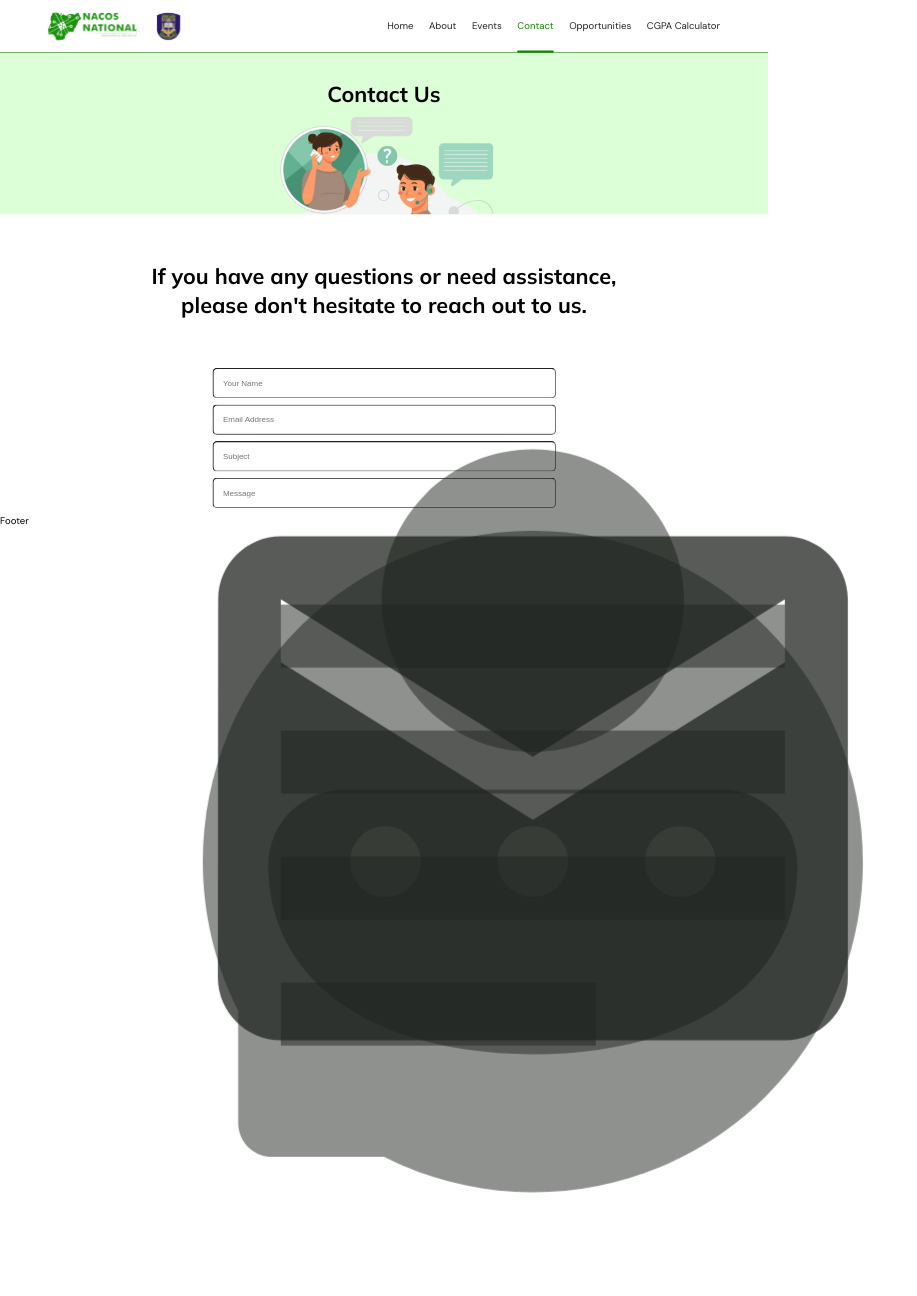
Repository: nacossuil/Uil-Nacos-Web
Page: /contact (app in frontend/)
These files come from the project's save history. The page is drawn as it stood at one moment and after the next save; the edit follows.
The browser window is 1280 px wide. The page is 1528 px wide, so the pictures cover 1528 px, including what lies to the right of the window. The pictures show the whole page, at 60% of full size.
The project was rebuilt for these pictures with package versions that can differ from the ones it lists, and the page was loaded fresh each time. Also part of the build but not shown: frontend/vite.config.js, frontend/src/components/Home/About/About.jsx, frontend/src/components/Home/Hero/Hero.jsx, frontend/src/pages/Home/HomePage.jsx, frontend/src/pages/About/AboutPage.jsx, frontend/src/pages/Events/EventsPage.jsx, frontend/src/pages/Opportunities/tempData.js, frontend/src/pages/Opportunities/OpportunitiesPage.jsx and 1 more.

Above is the page before, as saved 2023-11-15 11:03:49.

### frontend/index.html
<!doctype html>
<html lang="en">

<head>
  <meta charset="UTF-8" />
  <link rel="icon" type="image/svg+xml" href="./src/assets/nacos-logo.svg" />
  <meta name="viewport" content="width=device-width, initial-scale=1.0" />
  <title>NACOS</title>
</head>

<body>
  <div id="root"></div>
  <script type="module" src="/src/main.jsx"></script>
</body>

</html>

### frontend/src/App.jsx
import { useState } from "react";
import "./App.css";
import Navbar from "./components/Navbar/Navbar";
import { Routes, Route } from "react-router-dom";
import HomePage from "./pages/Home/HomePage";
import ContactPage from "./pages/Contact/ContactPage";
import Footer from "./components/Footer/Footer";
import AboutPage from "./pages/About/AboutPage";
import EventsPage from "./pages/Events/EventsPage";
import OpportunitiesPage from "./pages/Opportunities/OpportunitiesPage";
import CgpaCalculatorPage from "./pages/CgpaCalculator/CgpaCalculatorPage";
import ScrollToTop from "./assets/up-arrow-icon.svg?react";
function App() {
  const [scrollToTopVisible, setScrollToTopVisible] = useState(false);

  const toggleVisible = () => {
    const scrolled = document.documentElement.scrollTop;
    if (scrolled > 300) {
      setScrollToTopVisible(true);
    } else if (scrolled <= 300) {
      setScrollToTopVisible(false);
    }
  };

  const scrollToTop = () => {
    window.scrollTo({
      top: 0,
      behavior: "smooth",
    });
  };
  window.addEventListener("scroll", toggleVisible);
  return (
    <main>
      <Navbar />
      <Routes>
        <Route path="/" element={<HomePage />} />
        <Route path="/about" element={<AboutPage />} />
        <Route path="/events" element={<EventsPage />} />
        <Route path="/contact" element={<ContactPage />} />
        <Route path="/opportunities" element={<OpportunitiesPage />} />
        <Route path="/cgpa-calculator" element={<CgpaCalculatorPage />} />
      </Routes>
      <Footer />
      {scrollToTopVisible ? (
        <div
          className="scroll-to-top-icon"
          onClick={() => {
            scrollToTop();
          }}
        >
          <ScrollToTop />
        </div>
      ) : null}
    </main>
  );
}

export default App;

### frontend/src/index.css
@import url('https://fonts.googleapis.com/css2?family=DM+Sans:opsz,wght@9..40,300;9..40,400;9..40,500;9..40,600;9..40,700&family=Mulish:wght@200;300;400;500;600;700&display=swap');
:root {
    font-size: 16px;
}

* {
    box-sizing: border-box;
    margin: 0;
    padding: 0;
}

body {
    margin: 0;
}

.flexCenter {
    display: flex;
    flex-wrap: wrap;
    justify-content: center;
    align-items: center;
    text-align: center;
}

.textBig {
    font-size: 36px;
    font-weight: 700;
    line-height: 48px;
}

### frontend/src/App.css
@import url('https://fonts.googleapis.com/css2?family=DM+Sans&display=swap');

body {
  font-family: 'DM Sans', sans-serif;
}

main {
  position: relative;
  min-height: 300vh;
}

.scroll-to-top-icon {
  position: fixed;
  bottom: 16.1875rem;
  right: 6.25rem;
}

### frontend/src/components/Navbar/Navbar.jsx
import { useState } from "react";
import "./Navbar.css";
import { NavLink, Link } from "react-router-dom";

const Navbar = () => {
  // An array which contains link objects.
  // This makes it easier to add/remove links without having to tamper with existing markup
  const links = [
    {
      title: "Home",
      path: "/",
    },
    {
      title: "About",
      path: "/about",
    },
    {
      title: "Events",
      path: "/events",
    },
    {
      title: "Contact",
      path: "/contact",
    },
    {
      title: "Opportunities",
      path: "/Opportunities",
    },
    {
      title: "CGPA Calculator",
      path: "/calculator",
    },
  ];
  //state to keep track of the scroll position.
  const [scrolled, setScrolled] = useState(false);

  // function to toggle state when scrolled
  const toggle = () => {
    if (window.scrollY > 40) {
      setScrolled(true);
    } else {
      setScrolled(false);
    }
  };
  window.addEventListener("scroll", toggle);

  return (
    <header className={scrolled ? "scrolled" : ""}>
      <Link to={"/"}>
        <div>
          <img src="/src/assets/nacos-logo.svg" alt="" />
          <img src="/src/assets/unilorin-logo.svg" alt="" />
        </div>
      </Link>
      <nav>
        {/* Mapping over the links array and generating individual links
        The key for each link is it's title  */}
        {links.map((link) => (
          <NavLink to={link.path} key={link.title} end>
            {link.title}
          </NavLink>
        ))}
      </nav>
    </header>
  );
};

export default Navbar;

### frontend/src/pages/Contact/ContactPage.jsx
import './ContactPage.css'
import Img from '../../assets/customer-support.png'
import Person from '../../assets/fluent_person-20-filled.svg'
import Email from '../../assets/email-icon.svg'
import Ic from '../../assets/ic_outline-subject.svg'
import AntDesign from '../../assets/ant-design_message-filled.svg'

const ContactPage = () => {
  return (
    <section className="c-wrapper">
      <div className="flexCenter c-container">
        <div className="flexCenter first">
          <div className="c-heading">
            <h1 className="textBig">Contact Us</h1>
          </div>
          <div className="image-container">
            <img src={Img} alt="bgImg" />
          </div>
        </div>
        <div className="second">
          <div className="textBig s-text">
            If you have any questions or need assistance, please {`don't`}{' '}
            hesitate to reach out to us.
          </div>
          <form className="form">
            <img src={Person} alt="person" className="icon" />
            <input type="text" placeholder="Your Name" />
            <img src={Email} alt="person" className="icon" />
            <input type="text" placeholder="Email Address" />
            <img src={Ic} alt="person" className="icon" />
            <input type="text" placeholder="Subject" />
            <img src={AntDesign} alt="" className="icon" />
            <input type="text" placeholder="Message" />
          </form>
        </div>
      </div>
    </section>
  )
}

export default ContactPage

### frontend/src/components/Footer/Footer.jsx
const Footer = () => {
  return (
    <footer>Footer</footer>
  )
}

export default Footer

### frontend/src/components/Navbar/Navbar.css
/* Making minimal use of classes to avoid class colision issues and specificity problems */

header {
    height: 5.5rem;
    width: 100%;
    display: flex;
    justify-content: space-between;
    align-items: center;
    font-family: 'DM Sans', sans-serif;
    font-size: 1rem;
    padding-inline: 5rem;
    border-bottom: solid 1px #138601;
    position: sticky;
    top: 0;
    transition: background .3s;
}

nav {
    display: flex;
    gap: 1.625rem;
    /*gap provided in the desing*/

}

nav a {
    color: #212521;
    text-decoration: none;
    position: relative;
}

header div {
    display: flex;
    gap: 2rem;
}

nav a.active {
    color: #138601;
}

/* using the after pseudo-class to create horizontal bars beneath active links */
nav a.active::after {
    content: '';
    position: absolute;
    bottom: -2.125rem;
    left: 0;
    background-color: #138601;
    width: 100%;
    height: 0.25rem;
    border-radius: 0.375rem;
}

/* utility class to change background of navigation on scroll */
header.scrolled {
    background-color: #FFFFFF;
}

### frontend/src/pages/Contact/ContactPage.css
.c-wrapper {
    position: relative;
    font-family: 'Mulish', sans-serif;
}


/* first div */

.c-container .first {
    background: #dcffd7;
    width: 100%;
}

.first .c-heading {
    width: 100%;
}

.first .c-heading>h1 {
    text-align: center;
    margin: 2.8rem auto 0;
}


/* second div  */

.second {
    margin-top: 5rem;
}

.second>.s-text {
    width: 49rem;
    margin-bottom: 5rem;
}

.second input {
    display: block;
    margin: 10px auto;
    width: 573px;
    padding: 1rem;
    border-radius: 8px;
}


/* form  */

.form>img {
    position: absolute;
}

.icon {
    padding: 10px;
}

### frontend/src/pages/Opportunities/Opportunitiespage.css
.opportunities {
  /*###### CUSTOM VARIABLES ######*/
  --color-primary-tint: hsla(112, 99%, 92%);
  --color-primary-shade: hsl(112, 99%, 26%);
  --text-color: hsla(120, 6%, 14%, 1);
  --text-color-light: hsla(108, 10%, 10%, 0.8);

  --font-family: "DM Sans", sans-serif;

  --fs-heading-lg: 2.5rem;
  --fs-heading-md: 2.25rem;
  --fs-heading-sm: 1.25rem;
  --fs-text-md: 1rem;
  --fs-text-lg: 1.75rem;
  --fs-text-sm: 0.875rem;
  --fs-text-x-sm: 0.75rem;

  --line-height-text: 1.6;
  --btn-radius: 2.8vw;
  --card-radius: 17px;
  --custom-box-shadow: 0 6px 8px 0 hsla(0, 0%, 0%, 0.15);

  /* GlOBAL STYLINGS */
  font-family: var(--font-family);
}

/*###### GLOBAL RESETS ######*/
* {
  box-sizing: border-box;
  margin: 0;
  padding: 0;
}

.opportunities > * {
  font-family: inherit;
}

img {
  /* Making images responsive */
  display: block;
  width: 100%;
}

/*###### RE-USABLE CLASSES ######*/
.container {
  /* max-width: Ideal width not decided yet */
  width: 85%;
  margin-inline: auto;
}

.justify-flex {
  display: flex;
  justify-content: space-between;
  align-items: center;
}

.heading-lg {
  font-size: var(--fs-heading-lg);
  font-weight: 600;
  margin-bottom: 2rem;
}

.heading-md {
  font-family: "Mulish", var(--font-family), sans-serif;
  font-size: var(--fs-heading-md);
  font-weight: 600;
  margin-bottom: 5rem;
}

.heading-sm {
  font-family: "Mulish", var(--font-family), sans-serif;
  font-size: var(--fs-heading-sm);
  margin-bottom: 0.75rem;
}

.text-md {
  font-size: var(--fs-text-md);
  font-weight: 500;
  line-height: var(--line-height-text);
  margin-bottom: 2rem;
}

.text-sm {
  font-size: var(--fs-text-sm);
  font-weight: 400;
  margin-bottom: 1rem;
}

.text-x-sm {
  font-size: var(--fs-text-x-sm);
}

.btn {
  display: inline-block;
  font-weight: 500;
  text-decoration: none;
  color: var(--color-primary-tint);
  background-color: var(--color-primary-shade);
  border: 0;
  border-radius: var(--btn-radius);
  cursor: pointer;
}

.btn-lg {
  padding: 0.625em 1.25em;
}

.btn-md {
  padding: 0.5em 1em;
  font-size: var(--fs-text-sm);
}

/*##### INTRO SECTION #####*/
.section-intro {
  padding-block: 3rem;
  background-color: var(--color-primary-tint);
  background-image: url("./../../../src/assets/Opportunities/Grid.png");
  background-size: cover;
  background-repeat: no-repeat;
}

.intro__content {
  display: grid;
  grid-template-columns: repeat(2, 1fr);
  align-items: center;
}

.intro__content-img-box {
  display: grid;
  place-items: center;
}

.intro__content-img-box img {
  width: 80%;
}

/*##### RESOURCES SECTION #####*/

.section-courses {
  padding-block: 5rem;
}

.section-courses h1 {
  text-align: center;
}

.resources__cards {
  list-style-type: none;
  display: grid;
  grid-template-columns: repeat(3, 1fr);
  gap: 2rem;
}

.resources__card {
  color: var(--text-color);
  box-shadow: var(--custom-box-shadow);
  border-radius: var(--card-radius);
  overflow: hidden;
}

.resources__card .content {
  padding: 1rem;
}

/* This element would be conditionally styled in the JSX */
.resources__card .tag {
  display: inline-block;
  color: #192666;
  font-size: var(--fs-text-x-sm);
  font-weight: 500;
  background-color: #c0c6e4;
  padding: 0.3rem 0.6rem;
  border-radius: var(--btn-radius);
}

### frontend/src/pages/CgpaCalculator/cgpa.css
@import url('https://fonts.googleapis.com/css2?family=Mulish&display=swap');

#cgpa-container {
    box-shadow: 0px 32px 40px 12px rgba(0, 0, 0, 0.08);
}

#CGC-container {
    border: 1px solid rgba(33, 37, 33, 0.24);
}

#course {
    padding: 12px 68px 12px 16px;
    color: rgba(33, 37, 33, 0.50);
    border-right: 1px solid rgba(33, 37, 33, 0.24);
}

#grade-select {
    padding: 12px 20px 12px 16px;
    border-right: 1px solid rgba(33, 37, 33, 0.24);
    color: rgba(33, 37, 33, 0.50);
}


#credits {
    padding: 12px 20px 12px 16px;
    color: rgba(33, 37, 33, 0.50);
}

#add-btn {
    padding: 14px 31px;
    justify-content: center;
    align-items: center;
    border-radius: 100px;
    border: 1px solid #138601;
}

#calc-btn {
    padding: 14px 82px 14px 78px;
    border-radius: 100px;
    align-items: center;
}

#credits-section {
    border: 1px solid rgba(33, 37, 33, 0.20);
    width: 350px;
    padding: 12px 0px;
    display: flex;
    flex-direction: column;
    justify-content: center;
    align-items: center;
    gap: 4px;
    color: rgba(33, 37, 33, 0.50);
}

#cgpa-section {

    display: flex;
    width: 350px;
    padding: 12px 0px;
    flex-direction: column;
    justify-content: center;
    align-items: center;
    gap: 4px;
    border: 1px solid rgba(33, 37, 33, 0.20);
    color: rgba(33, 37, 33, 0.50);
}

#credit-count {
    font-family: 'Mulish', sans-serif;
}

#cgpa-count {
    font-family: 'Mulish', sans-serif;
}

#grade {
    color: rgba(33, 37, 33, 0.50);
}

#grade-bar {
    width: 524px;
    height: 24px;
    flex-shrink: 0;
    border-radius: 100px;
    border: 1px solid rgba(33, 37, 33, 0.12);
    background: #FFF;
}

### frontend/src/components/Shared/Values/Values.jsx
import './values.css'
import { RxRocket } from 'react-icons/rx'
import { TbTargetArrow } from 'react-icons/tb'
import { IoBulbOutline } from 'react-icons/io5'

const values = [
    {
        icon: <RxRocket />,
        title: "Our Mission",
        text: "Is to become a network of committed Student IT Professionals determined to stimulate the technology, innovation and entrepreneurship scene in Nigeria. To develop a vibrant ecosystem that drives digital inclusion across all tertiary Institutions"
    },
    {
        icon: <TbTargetArrow />,
        title: "Our Aims",
        text: `We aim to serve both professional and public interests by fostering the open interchange of information and by promoting the highest professional and ethical standards.
        To protect the image and safeguard the interest of the Computing profession.`
    }, {
        icon: <IoBulbOutline />,
        title: "Why NACOS (Unilorin) ?",
        text: `Ww aim to serve both professional and public interests by fostering the open interchange of information and by promoting the highest professional and ethical standards.
        To protect the image and safeguard the interest of the Computing profession.`
    },
]

const Values = () => {
    return (
        <div className='values'>
            {
                values.map(({ icon, title, text }) => (
                    <div className='value'>
                        <div className="value__icon">
                            {icon}
                        </div>
                        <div className="value__title">
                            {title}
                        </div>
                        <div className="value__text">
                            {text}
                        </div>
                    </div>
                ))
            }
        </div>
    )
}

export default Values

Loaded but not shown: frontend/src/main.jsx (common file); frontend/src/components/Home/About/About.css (no stored copy; drawn as an empty file); frontend/src/components/Home/Hero/hero.css (no stored copy; drawn as an empty file); frontend/src/components/Shared/Values/values.css (no stored copy; drawn as an empty file); frontend/src/pages/Home/HomePage.css (no stored copy; drawn as an empty file)

After the next save:
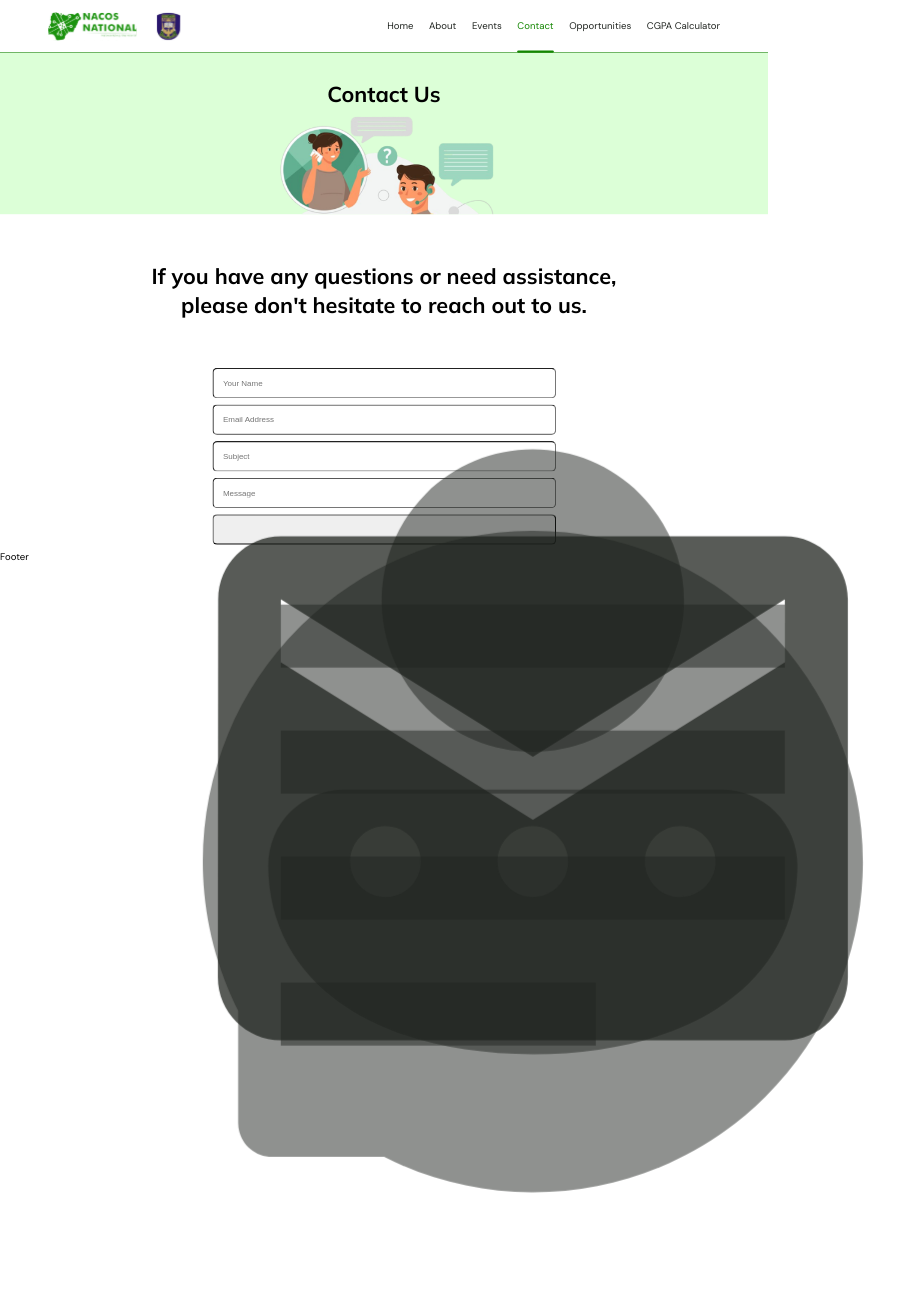
Saved 84 s later.
--- a/frontend/src/pages/Contact/ContactPage.jsx
+++ b/frontend/src/pages/Contact/ContactPage.jsx
@@ -31,6 +31,7 @@
             <input type="text" placeholder="Subject" />
             <img src={AntDesign} alt="" className="icon" />
             <input type="text" placeholder="Message" />
+            <input type="submit" value="" />
           </form>
         </div>
       </div>
